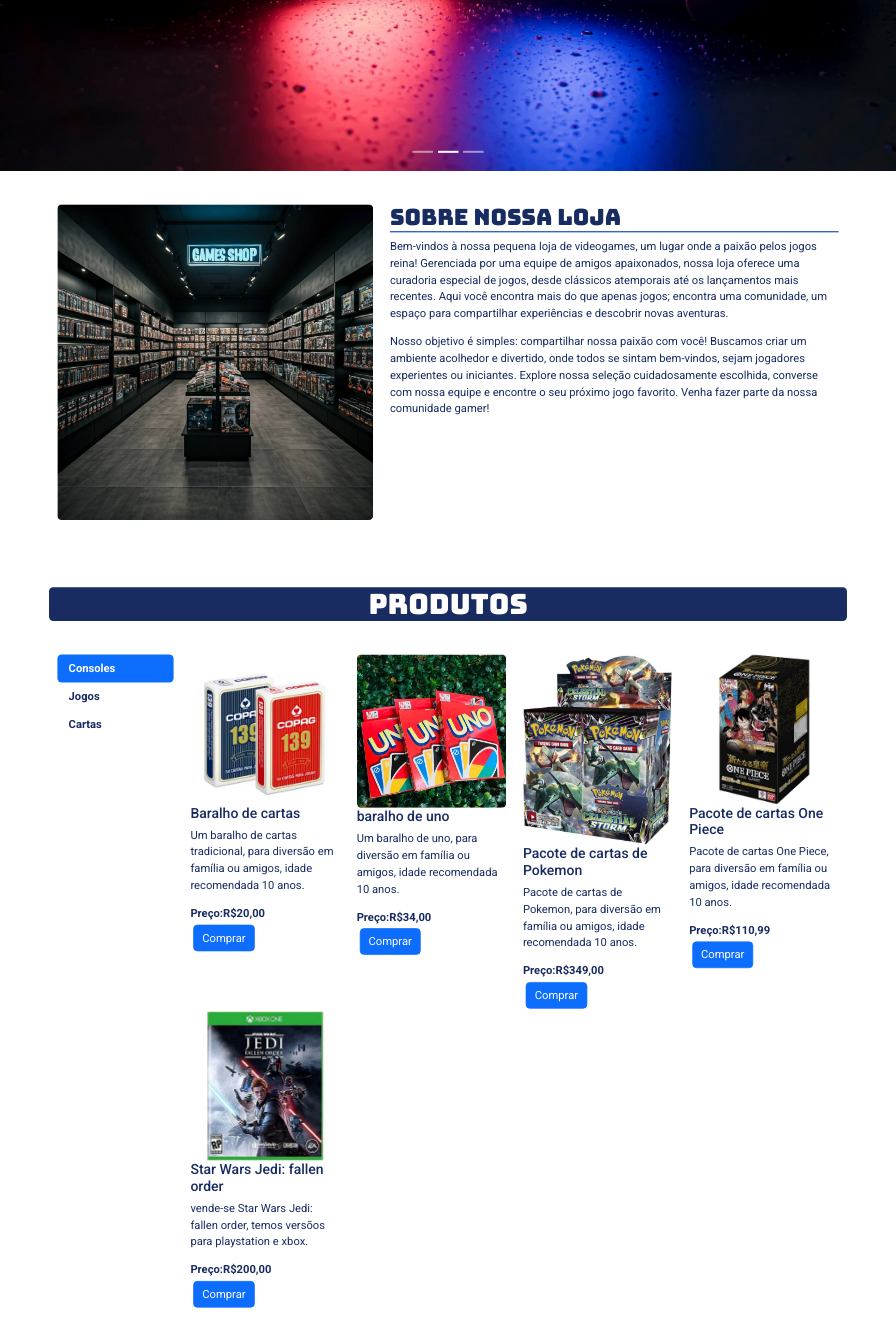
Repository: MatiasBrighent/GamesShop-Bootstrap
Page: index.html
The author's editor kept a copy of each file at every save. The page is drawn from the files as they stood at one save, then again after the next save.
The browser window is 1280 px wide. The pictures show the part of the page from y = 660 to 2580 px (the page is 2580 px tall before and 2153 px after), at 70% of full size.

Above is the page before, as saved 2025-06-20 15:49:34.

After the next save:
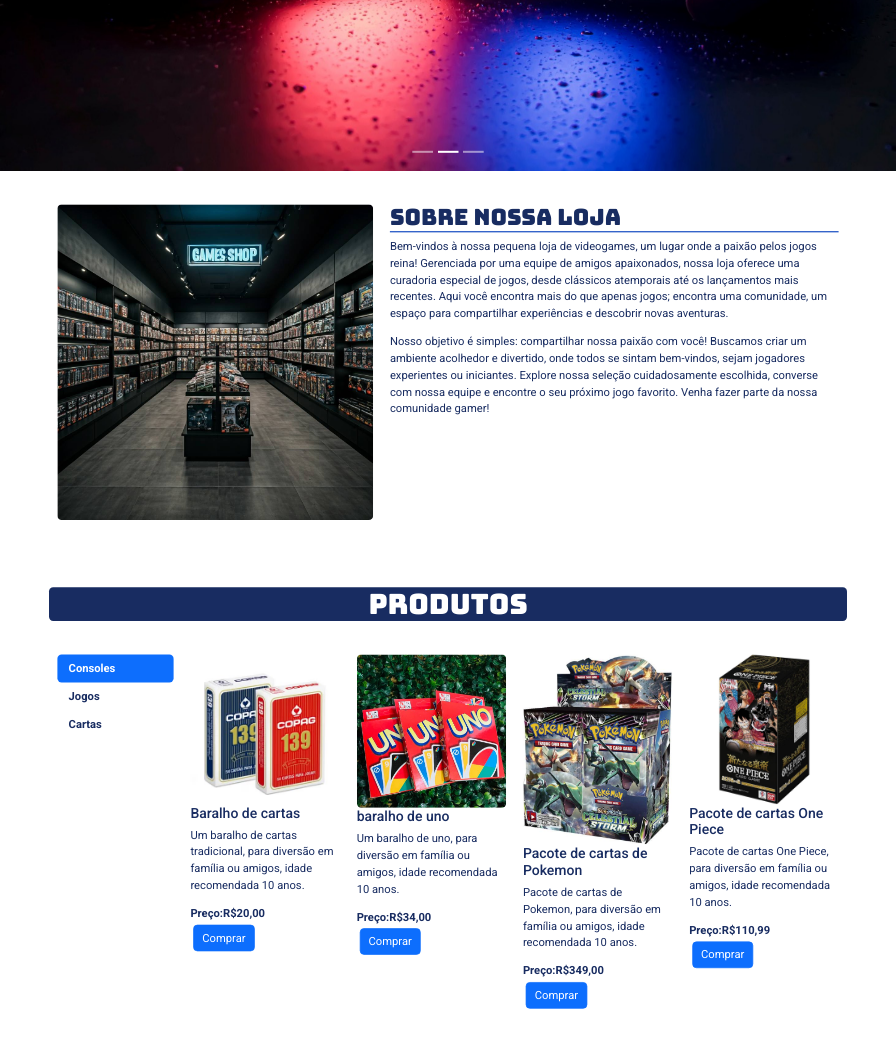
Saved 14 s later.
--- a/index.html
+++ b/index.html
@@ -265,17 +265,6 @@
                                             <button type="button" class="btn btn-primary m-1">Comprar</button>
                                         </div>
                                     </div>
-                                    <div class="col-md-3 text-colored produto ">
-                                        <img src="./images/produtos/jogos/Jedi.webp" alt="Star Wars Jedi: fallen order" class="img-fluid rounded">
-                                        <h5>Star Wars Jedi: fallen order</h5>
-                                        <p>
-                                            vende-se Star Wars Jedi: fallen order, temos versõos para playstation e xbox.
-                                        </p>
-                                        <strong>Preço:R$200,00</strong>
-                                        <div class="">
-                                            <button type="button" class="btn btn-primary m-1">Comprar</button>
-                                        </div>
-                                    </div>
                                 </div>
                             </div>
                         </div>
